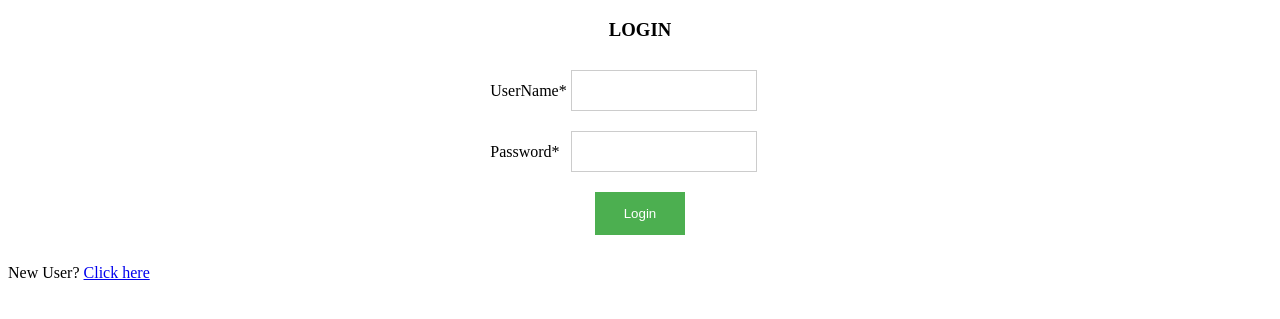
Repository: ManuArugollu1/meetingoraganizer1
Page: http://localhost/Meeting_Organizer/Login.jsp
An editor plug-in stored every save of this project. The page is shown before and after the next save, followed by the edit.
The browser window is 1280 px wide. The pictures show the whole page.
The page is served by Tomcat 9.

Above is the page before, as saved 2019-10-01 04:21:47.

After the next save:
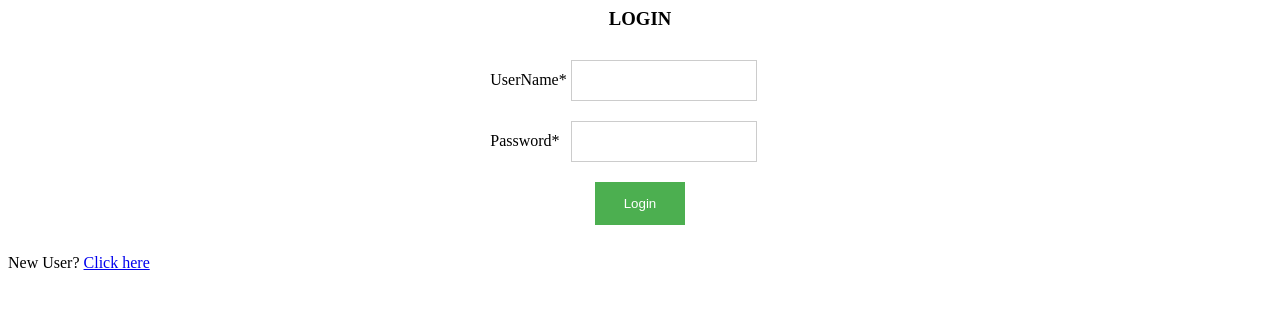
Saved 37 s later.
--- a/Meeting Organizer/WebContent/Login.jsp
+++ b/Meeting Organizer/WebContent/Login.jsp
@@ -1,6 +1,6 @@
 <%@ page language="java" contentType="text/html; charset=ISO-8859-1"
     pageEncoding="ISO-8859-1"%>
-<!DOCTYPE html PUBLIC "-//W3C//DTD HTML 4.01 Transitional//EN" "http://www.w3.org/TR/html4/loose.dtd">
+<!DOCTYPE>
 
 <html>
 <head>
